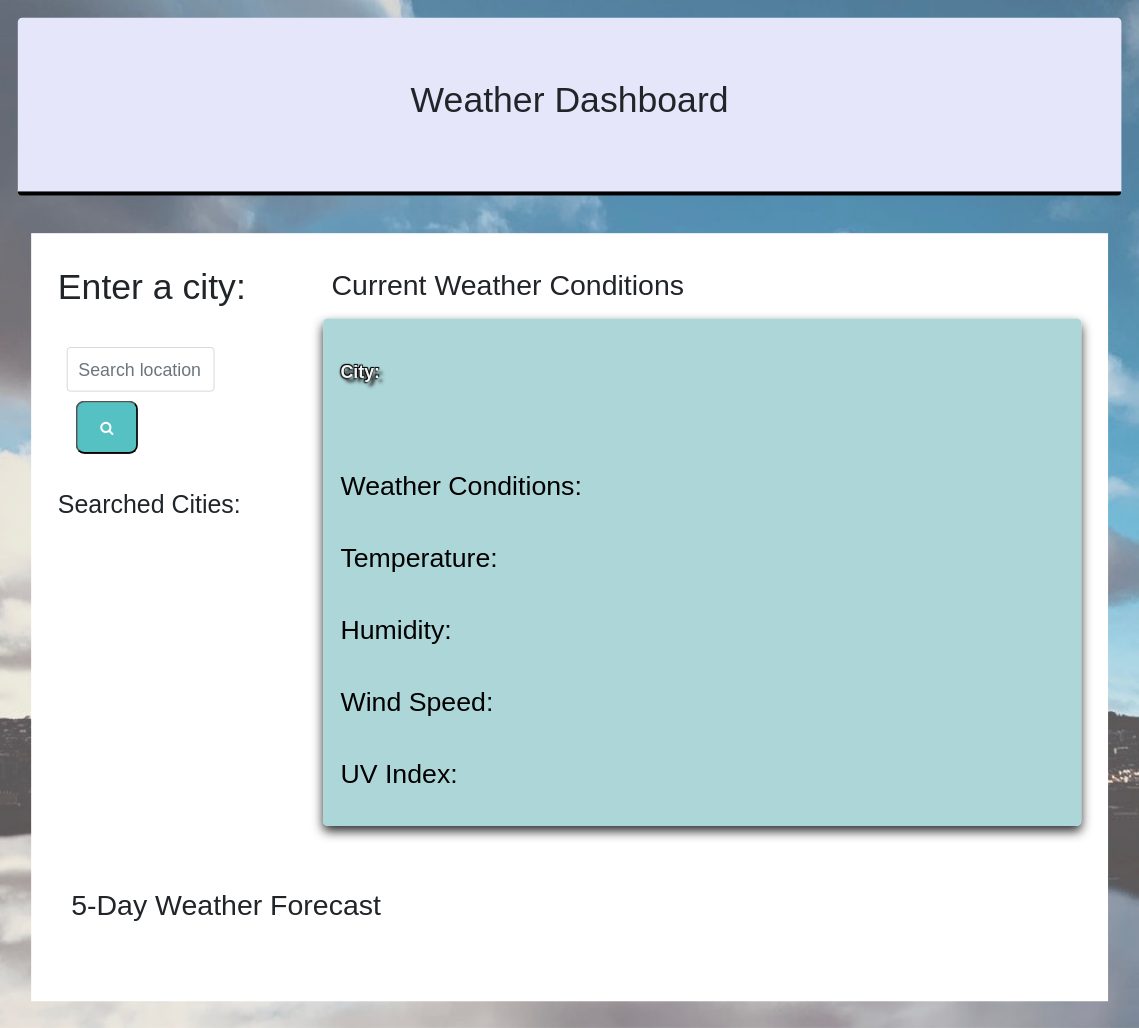
Repository: nsc9605/WeatherDashboard_API
Page: index.html
These files come from the project's save history. The page is drawn as it stood at one moment and after the next save; the edit follows.
The browser window is 1280 px wide. The pictures show the whole page, at 89% of full size.
Backgrounds fixed to the window are drawn as part of the page. Some web fonts or font styles are not loaded; a fallback is used. Some web libraries are served in a nearby version.

Above is the page before, as saved 2021-04-07 11:46:10.

After the next save:
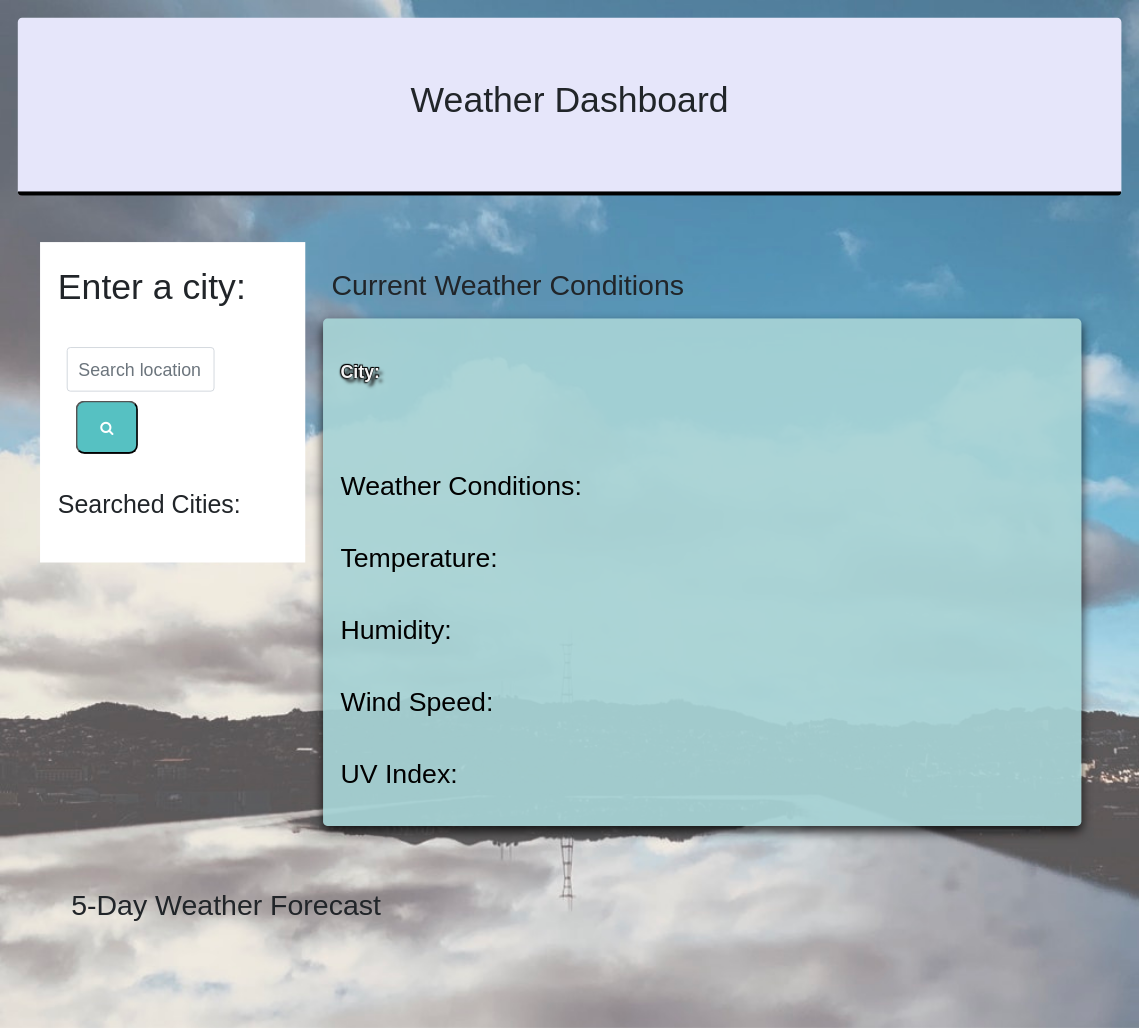
Saved 54 s later.
--- a/assets/style.css
+++ b/assets/style.css
@@ -33,7 +33,7 @@ i {
     font-size: 20px;
 }
 
-.card-search {
+.col-3 {
     background: white;
 }
 
